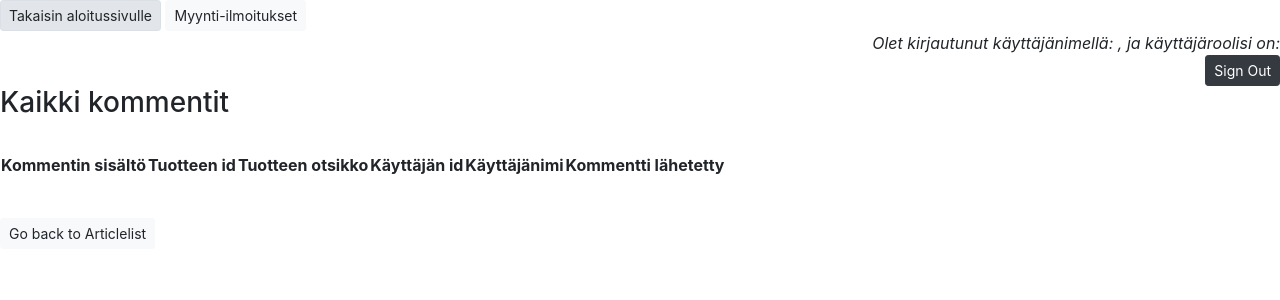
Repository: LiljestromNadja/Backend_s2023_harjoitustyo
Page: http://localhost/allComments
The author's editor kept a copy of each file at every save. The page is drawn from the files as they stood at one save, then again after the next save.
The browser window is 1280 px wide. The pictures show the whole page.
The page is this project's Thymeleaf template; nobody is signed in. The template is opened directly, without the code that normally fills it, so the values that code supplies are empty.

Above is the page before, as saved 2023-11-09 17:44:51.

### harkkas23v01/src/main/resources/templates/allComments.html
<!DOCTYPE HTML>
<html xmlns:th="http://www.thymeleaf.org">
<head>
<title>Kaikki kommentit</title>
<meta http-equiv="Content-Type" content="text/html; charset=UTF-8" />
<!-- Bootstrap-linkki vaihdettu 30-10-2023 -->
<link rel="stylesheet" href="https://cdn.jsdelivr.net/npm/bootstrap@4.0.0/dist/css/bootstrap.min.css" integrity="sha384-Gn5384xqQ1aoWXA+058RXPxPg6fy4IWvTNh0E263XmFcJlSAwiGgFAW/dAiS6JXm" crossorigin="anonymous"> <!-- Lisättiin tyyli, bootstrap 4.0 -->
<!-- Lisättiin tyyli, bootstrap 4.0 -->
</head>
<body>
	<div>
		<a href="/index"><button class="text-left btn btn-light btn-sm">Takaisin aloitussivulle</button></a>
		<a href="/articlelist"><button class="text-left btn btn-light btn-sm">Myynti-ilmoitukset</button></a>
	</div>

	<div class="text-right">
		<i>Olet kirjautunut käyttäjänimellä: <b sec:authentication="name"></b>,
			ja käyttäjäroolisi on: <b sec:authentication="principal.authorities"></b></i>

		<br>
		<form class="text-right" th:action="@{/logout}" method="post">
			<input type="submit" value="Sign Out" class="btn btn-sm btn-dark" />
		</form>

	</div>
	<h3>Kaikki kommentit</h3>
	<table>
		<tr>
			<th>Kommentin sisältö</th> <!-- th == tableHeader -->
			<th>Tuotteen id</th>
			<th>Tuotteen otsikko</th>
			<th>Käyttäjän id</th>
			<th>Käyttäjänimi</th>
			<th>Kommentti lähetetty</th>
			<th sec:authorize="hasAuthority('ADMIN')">Adminin alue</th>
			</br>
		</tr>

		<tr th:each="comment : ${comments}">
			<td th:text="${comment.commentmessage}"></td>
			<td th:text="${comment?.article?.id}"></td>
			<td th:text="${comment?.article?.title}"></td>
			<td th:text="${comment?.applicationuser?.id}"></td>
			<td th:text="${comment?.applicationuser?.username}"></td>
			<td th:text="${comment.commentcreated}"></td>

			<!-- Vain ADMIN-roolin omaavalla on oikeus poistaa kommentteja -->
			<td sec:authorize="hasAuthority('ADMIN')"><a th:href="@{/deleteComment/{id}(id=${comment.commentid})}" class="btn btn-xs btn-danger btn-sm">Delete</a></td>
		</tr>
	</table>
	<div style="clear: both; display: block; height: 40px;"></div>
	<!--  <a sec:authorize="hasAuthority('ADMIN') or hasAuthority('USER')" href="/addComment"><button
			class="btn btn-success">Add new Comment</button></a> -->

	<a href="/articlelist"><button class="text-left btn btn-light btn-sm">Go back to Articlelist</button></a>


		<!-- USER tai ADMIN voi lisätä kommentin. Linkki osoittaa endpointiin chooseArticleToComment,
	jossa kommentti liitetään käyttäjän valitsemaan kirjaan-->
	<a sec:authorize="hasAuthority('ADMIN') or hasAuthority('USER')"  th:href="@{chooseArticleToComment/}"><button
			class="text-left btn btn-dark btn-sm">Choose a article to comment</button></a>
	</div>
	<br></br>



</body>
</html>

After the next save:
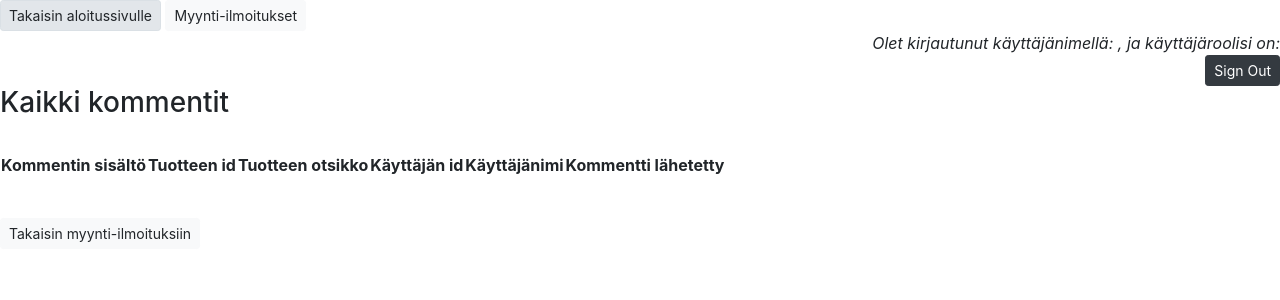
Saved 2 min 16 s later.
--- a/harkkas23v01/src/main/resources/templates/allComments.html
+++ b/harkkas23v01/src/main/resources/templates/allComments.html
@@ -48,19 +48,19 @@
 			<td sec:authorize="hasAuthority('ADMIN')"><a th:href="@{/deleteComment/{id}(id=${comment.commentid})}" class="btn btn-xs btn-danger btn-sm">Delete</a></td>
 		</tr>
 	</table>
+
 	<div style="clear: both; display: block; height: 40px;"></div>
-	<!--  <a sec:authorize="hasAuthority('ADMIN') or hasAuthority('USER')" href="/addComment"><button
-			class="btn btn-success">Add new Comment</button></a> -->
 
-	<a href="/articlelist"><button class="text-left btn btn-light btn-sm">Go back to Articlelist</button></a>
+	<a href="/articlelist"><button class="text-left btn btn-light btn-sm">Takaisin myynti-ilmoituksiin</button></a>
 
+	<div>
+	<!-- USER tai ADMIN voi lisätä kommentin. Alloleva linkki osoittaa endpointiin chooseArticleToComment,
+	jossa kommentti liitetään käyttäjän listauksesta valitsemaan myynti-ilmoitukseen-->
+	<a sec:authorize="hasAuthority('ADMIN') or hasAuthority('USER')"  th:href="@{chooseArticleToComment/}">
+		<button class="text-left btn btn-dark btn-sm">Choose a article to comment</button>
+	</a>
+	</div>
 
-		<!-- USER tai ADMIN voi lisätä kommentin. Linkki osoittaa endpointiin chooseArticleToComment,
-	jossa kommentti liitetään käyttäjän valitsemaan kirjaan-->
-	<a sec:authorize="hasAuthority('ADMIN') or hasAuthority('USER')"  th:href="@{chooseArticleToComment/}"><button
-			class="text-left btn btn-dark btn-sm">Choose a article to comment</button></a>
-	</div>
-	<br></br>
 
 
 
